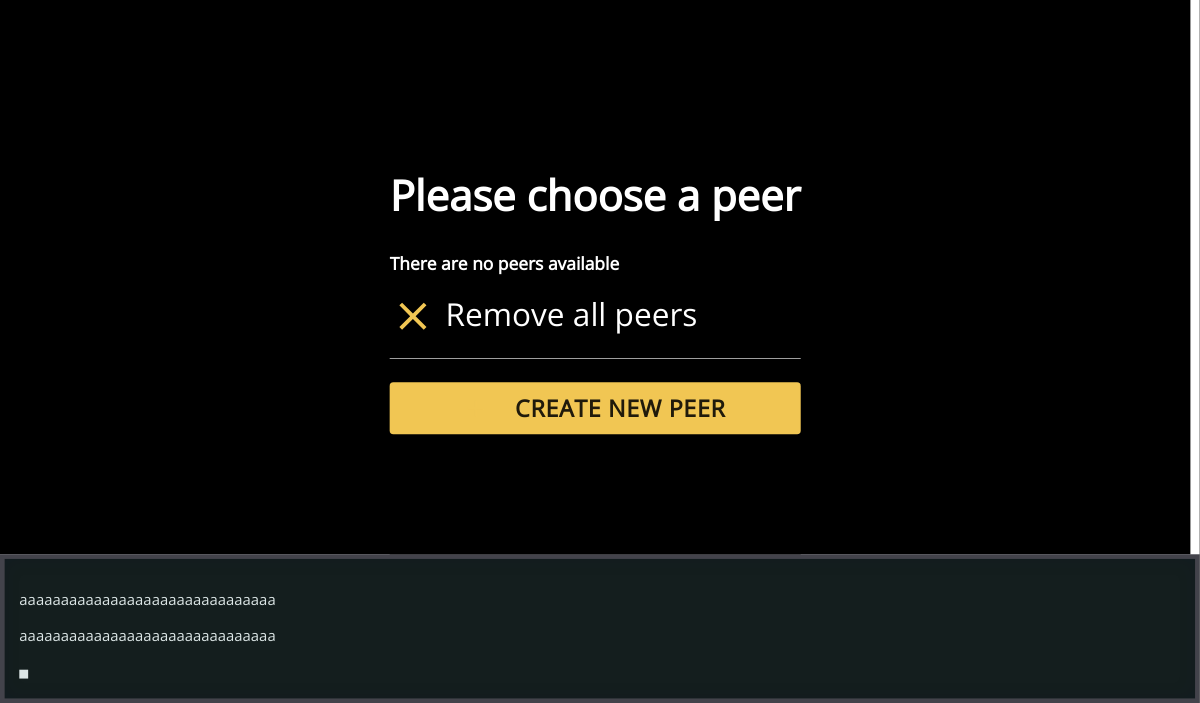
Repository: Bachdz/ASAP-Gui-Frontend
Page: /login
An editor plug-in stored every save of this project. The page is shown before and after the next save, followed by the edit.
The browser window is 1280 px wide. The page is 1290 px wide, so the pictures cover 1290 px, including what lies to the right of the window. The pictures show the whole page, at 93% of full size.
The page's requests for data from a server got no answer. The project was rebuilt for these pictures with package versions that can differ from the ones it lists, and the page was loaded fresh each time. No one was signed in, and anything a server would have sent is missing. Also part of the build but not shown: src/css/loginscreen/Peer.css, src/components/fragments/Footer.js, src/components/mainscreen/subcomponents/Apps.js, src/css/mainscreen/Main.css, src/components/mainscreen/Main.js.

Above is the page before, as saved 2020-12-16 19:25:02.

After the next save:
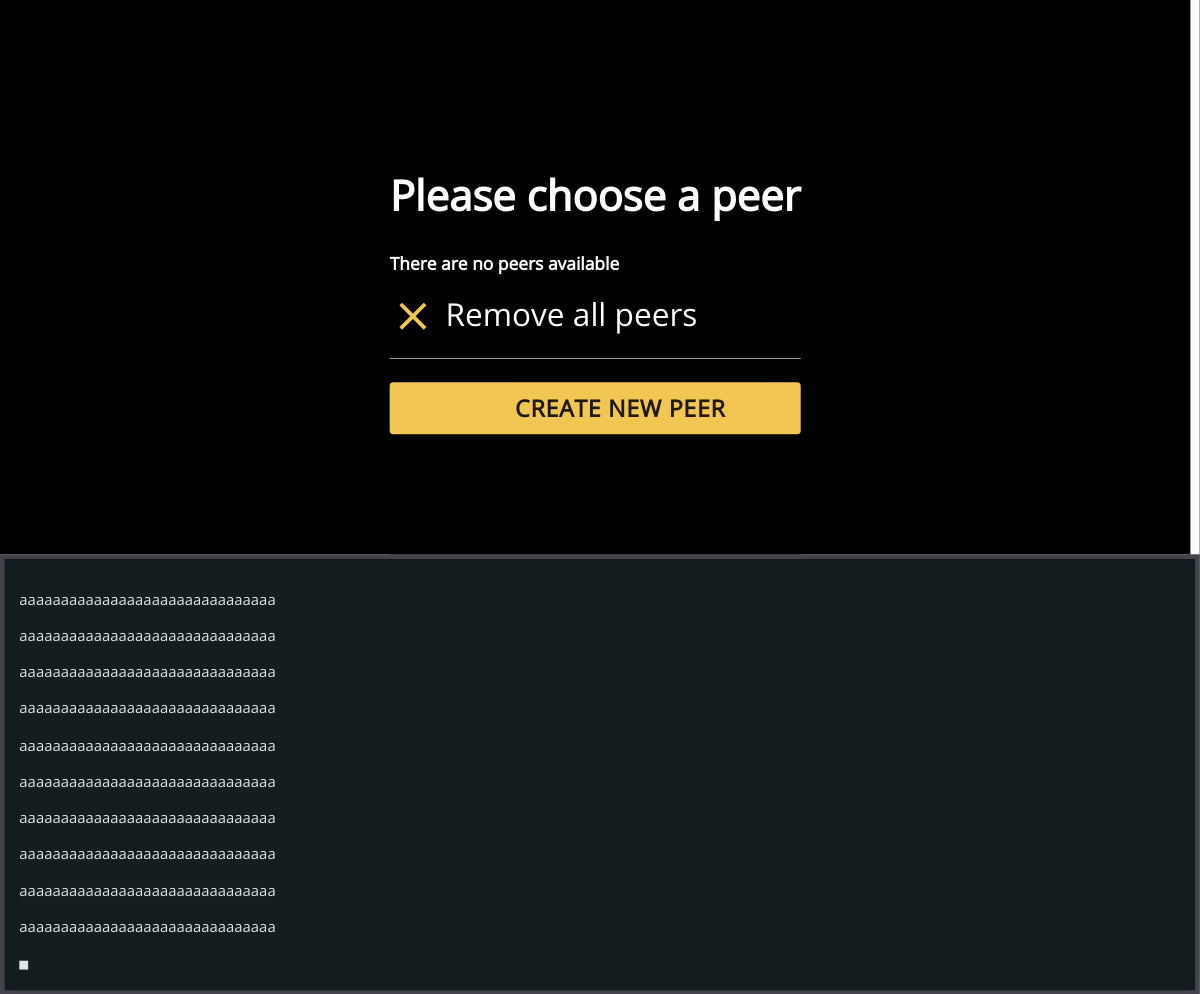
Saved 61 s later.
--- a/src/components/fragments/Terminal.js
+++ b/src/components/fragments/Terminal.js
@@ -9,6 +9,14 @@
             <pre class="i-has-teh-code">
                 <p>aaaaaaaaaaaaaaaaaaaaaaaaaaaaaaa</p>
                 <p>aaaaaaaaaaaaaaaaaaaaaaaaaaaaaaa</p>
+                <p>aaaaaaaaaaaaaaaaaaaaaaaaaaaaaaa</p>
+                <p>aaaaaaaaaaaaaaaaaaaaaaaaaaaaaaa</p>
+                <p>aaaaaaaaaaaaaaaaaaaaaaaaaaaaaaa</p>
+                <p>aaaaaaaaaaaaaaaaaaaaaaaaaaaaaaa</p>
+                <p>aaaaaaaaaaaaaaaaaaaaaaaaaaaaaaa</p>
+                <p>aaaaaaaaaaaaaaaaaaaaaaaaaaaaaaa</p>
+                <p>aaaaaaaaaaaaaaaaaaaaaaaaaaaaaaa</p>
+                <p>aaaaaaaaaaaaaaaaaaaaaaaaaaaaaaa</p>
 
             </pre>
         </div>

After the save that followed:
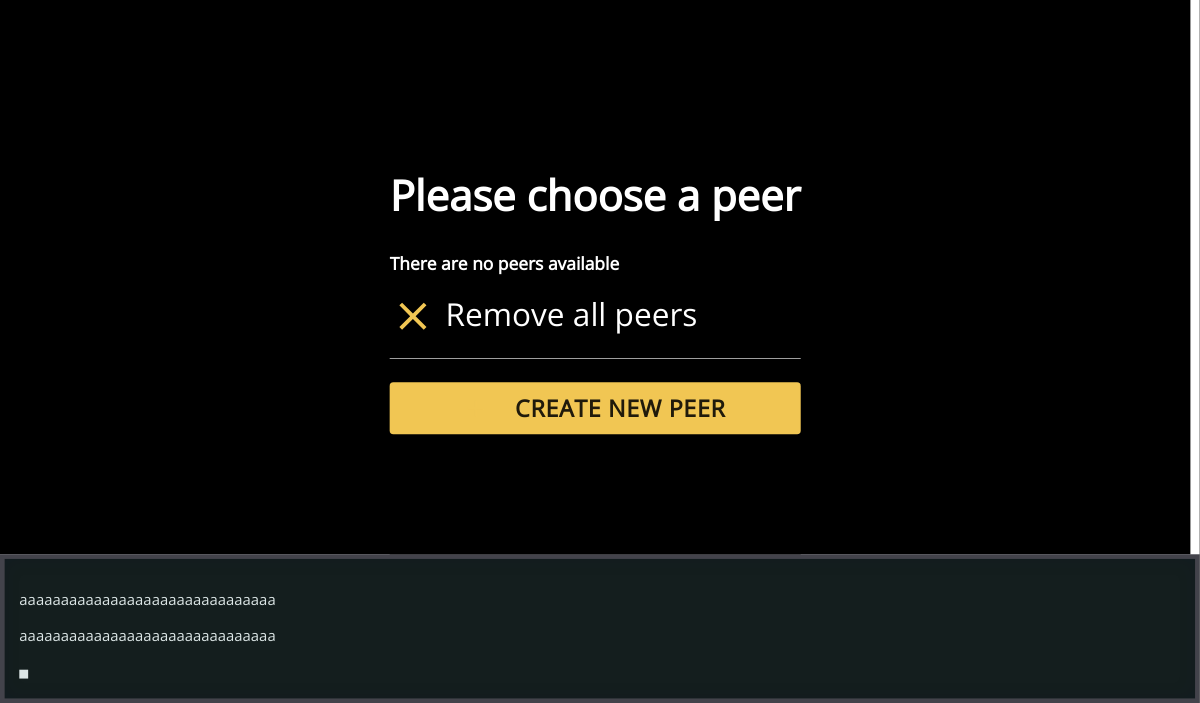
Saved 53 s later.
--- a/src/components/fragments/Terminal.js
+++ b/src/components/fragments/Terminal.js
@@ -9,14 +9,6 @@
             <pre class="i-has-teh-code">
                 <p>aaaaaaaaaaaaaaaaaaaaaaaaaaaaaaa</p>
                 <p>aaaaaaaaaaaaaaaaaaaaaaaaaaaaaaa</p>
-                <p>aaaaaaaaaaaaaaaaaaaaaaaaaaaaaaa</p>
-                <p>aaaaaaaaaaaaaaaaaaaaaaaaaaaaaaa</p>
-                <p>aaaaaaaaaaaaaaaaaaaaaaaaaaaaaaa</p>
-                <p>aaaaaaaaaaaaaaaaaaaaaaaaaaaaaaa</p>
-                <p>aaaaaaaaaaaaaaaaaaaaaaaaaaaaaaa</p>
-                <p>aaaaaaaaaaaaaaaaaaaaaaaaaaaaaaa</p>
-                <p>aaaaaaaaaaaaaaaaaaaaaaaaaaaaaaa</p>
-                <p>aaaaaaaaaaaaaaaaaaaaaaaaaaaaaaa</p>
 
             </pre>
         </div>
--- a/src/css/Terminal.css
+++ b/src/css/Terminal.css
@@ -145,6 +145,7 @@
 .console {
     width: 100vw;
     height: 30%;
+    overflow-y: scroll;
     background: rgba(20, 20, 30, 0.8);
     padding: 0.3em;
 }
